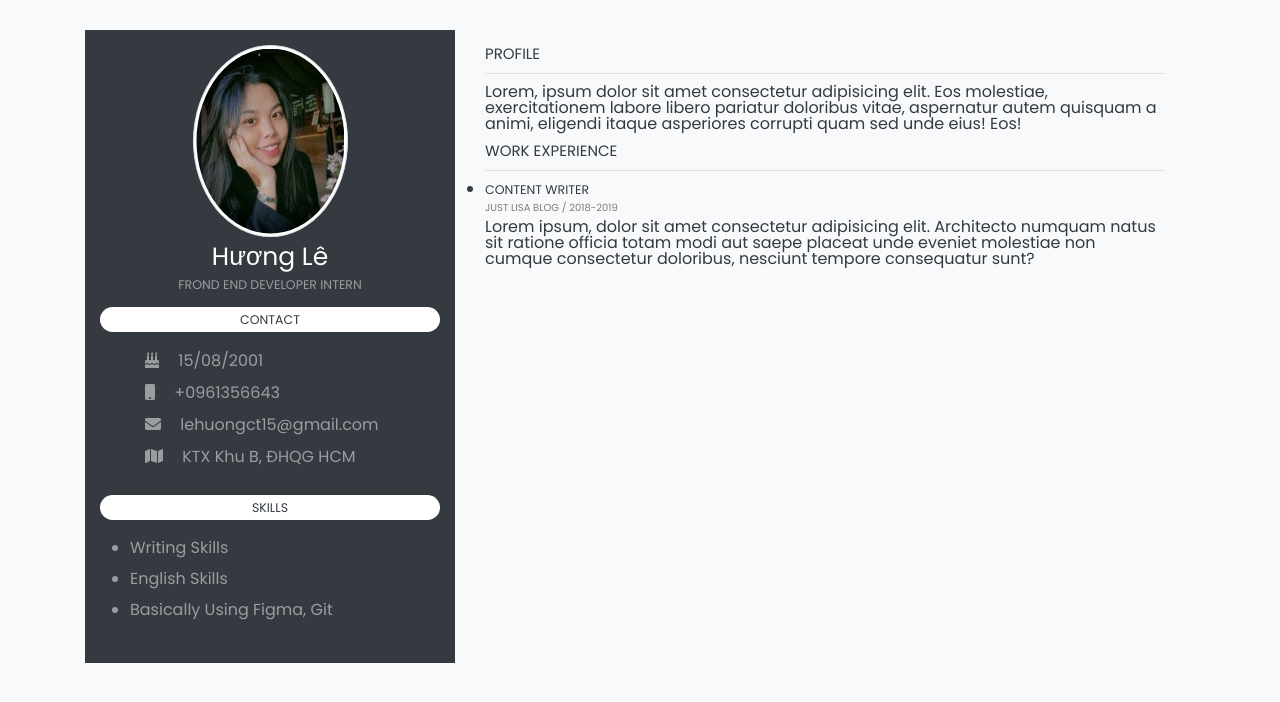
Repository: huongle158/cvhuongle
Page: index.html
An editor plug-in stored every save of this project. The page is shown before and after the next save, followed by the edit.
The browser window is 1280 px wide. The pictures show the whole page.
Some web libraries are served in a nearby version.

Above is the page before, as saved 2021-12-12 23:46:09.

### index.html
<!DOCTYPE html>
<html lang="en">
  <head>
    <title>Resume</title>
    <link
      href="https://fonts.googleapis.com/css2?family=Poppins:wght@400;600&display=swap"
      rel="stylesheet"
    />
    <link rel="stylesheet" href="https://cdnjs.cloudflare.com/ajax/libs/font-awesome/5.10.0/css/all.min.css" integrity="sha512-PgQMlq+nqFLV4ylk1gwUOgm6CtIIXkKwaIHp/PAIWHzig/lKZSEGKEysh0TCVbHJXCLN7WetD8TFecIky75ZfQ==" crossorigin="anonymous" referrerpolicy="no-referrer" />
    <!-- Required meta tags -->
    <meta charset="utf-8" />
    <meta
      name="viewport"
      content="width=device-width, initial-scale=1, shrink-to-fit=no"
    />

    <!-- Bootstrap CSS -->
    <link
      rel="stylesheet"
      href="https://stackpath.bootstrapcdn.com/bootstrap/4.3.1/css/bootstrap.min.css"
      integrity="sha384-ggOyR0iXCbMQv3Xipma34MD+dH/1fQ784/j6cY/iJTQUOhcWr7x9JvoRxT2MZw1T"
      crossorigin="anonymous"
    />
    <link rel="stylesheet" href="./assets/css/style.css" />
  </head>
  <body class="bg-light">
    <div class="container p-5">
      <div class="row">

        <div class="col-lg-4 bg-dark text-white text-center py-4">
          <div class="header-left">
            <img
              src="./assets/img/188108614_380364193279457_3096500343222530064_n (1).jpg"
              alt=""
              class="img-thumbnail rounded-circle mb-2"
            />
            <h1 class="display-5">Hương Lê</h1>
            <h4 class="lead text-uppercase text-white-50 mb-4">
              Frond End Developer Intern
            </h4>
          </div>

          <div>
              <h5 class="text-uppercase bg-white text-dark py-2 rounded-pill mb-4" >contact</h5>
              <ul class="list-unstyled text-white-50 ml-5 py-2 text-left">
                  <li class="list-item mb-4">
                      <i class="fas fa-birthday-cake mx-4"></i>
                     15/08/2001
                  </li>
                  <li class="list-item mb-4">
                      <i class="fa fa-mobile mx-4"></i>
                      +0961356643
                  </li>
                  <li class="list-item mb-4">
                      <i class="fa fa-envelope mx-4"></i>
                      lehuongct15@gmail.com
                  </li>
                  <li class="list-item mb-4">
                      <i class="fa fa-map mx-4"></i>
                      KTX Khu B, ĐHQG HCM
                  </li>
              </ul>
          </div>
          <div>
              <h5 class="text-uppercase bg-white text-dark py-2 rounded-pill mb-4" >skills</h5>
              <ul class="list text-white-50 ml-5 py-2 text-left text-capitalize">
                <li class="list-item mb-4">Writing skills</li>
                <li class="list-item mb-4">English skills</li>
                <li class="list-item mb-4">Basically using Figma, Git</li>
              </ul>
          </div>


        </div>

        <div class="col-lg-8 bg-light text-dark py-4 px-5">
            <div class="header-right">
                <h4 class="text-uppercase">profile</h4>
                <hr>
                <p>Lorem, ipsum dolor sit amet consectetur adipisicing elit. Eos molestiae, exercitationem labore libero pariatur doloribus vitae, aspernatur autem quisquam a animi, eligendi itaque asperiores corrupti quam sed unde eius! Eos!</p>

            </div>
            <div>
                <h4 class="text-uppercase">Work Experience</h4>
                <hr>
                <ul class="list">
                <li class="list-item mb-4">
                    <h5 class="display-6 text-uppercase">Content Writer</h5>
                    <h6 class="text-uppercase text-black-50">Just Lisa blog  / 2018-2019</h6>
                    <p>Lorem ipsum, dolor sit amet consectetur adipisicing elit. Architecto numquam natus sit ratione officia totam modi aut saepe placeat unde eveniet molestiae non cumque consectetur doloribus, nesciunt tempore consequatur sunt?</p>
                </li>

              </ul>

            </div>
        </div>
      </div>
    </div>

    <!-- Optional JavaScript -->
    <!-- jQuery first, then Popper.js, then Bootstrap JS -->
    <script
      src="https://code.jquery.com/jquery-3.3.1.slim.min.js"
      integrity="sha384-q8i/X+965DzO0rT7abK41JStQIAqVgRVzpbzo5smXKp4YfRvH+8abtTE1Pi6jizo"
      crossorigin="anonymous"
    ></script>
    <script
      src="https://cdnjs.cloudflare.com/ajax/libs/popper.js/1.14.7/umd/popper.min.js"
      integrity="sha384-UO2eT0CpHqdSJQ6hJty5KVphtPhzWj9WO1clHTMGa3JDZwrnQq4sF86dIHNDz0W1"
      crossorigin="anonymous"
    ></script>
    <script
      src="https://stackpath.bootstrapcdn.com/bootstrap/4.3.1/js/bootstrap.min.js"
      integrity="sha384-JjSmVgyd0p3pXB1rRibZUAYoIIy6OrQ6VrjIEaFf/nJGzIxFDsf4x0xIM+B07jRM"
      crossorigin="anonymous"
    ></script>
  </body>
</html>

### assets/css/style.css
html {
  box-sizing: border-box;
  font-family: 'Roboto', sans-serif;
}
* {
  margin: 0;
  padding: 0;
}
*,
*:before,
*:after {
  box-sizing: border-box;
}
input,
textarea,
select,
button {
  outline: none;
}
input {
  line-height: normal;
}
label,
button {
  cursor: pointer;
}
a {
  text-decoration: none;
}
img {
  display: block;
  max-width: 100%;
}
*,
*:before,
*:after {
  box-sizing: border-box;
}
/* using rem unit */
html {
  font-size: 62.5%;
}
a {
  text-decoration: none;
}
img {
  display: block;
  max-width: 100%;
}
body {
  font-family: "Poppins", sans-serif;
  font-size: 16px;
  line-height: 1;
}
/*  */
img.rounded-circle{
margin: 0 auto;
}

After the next save:
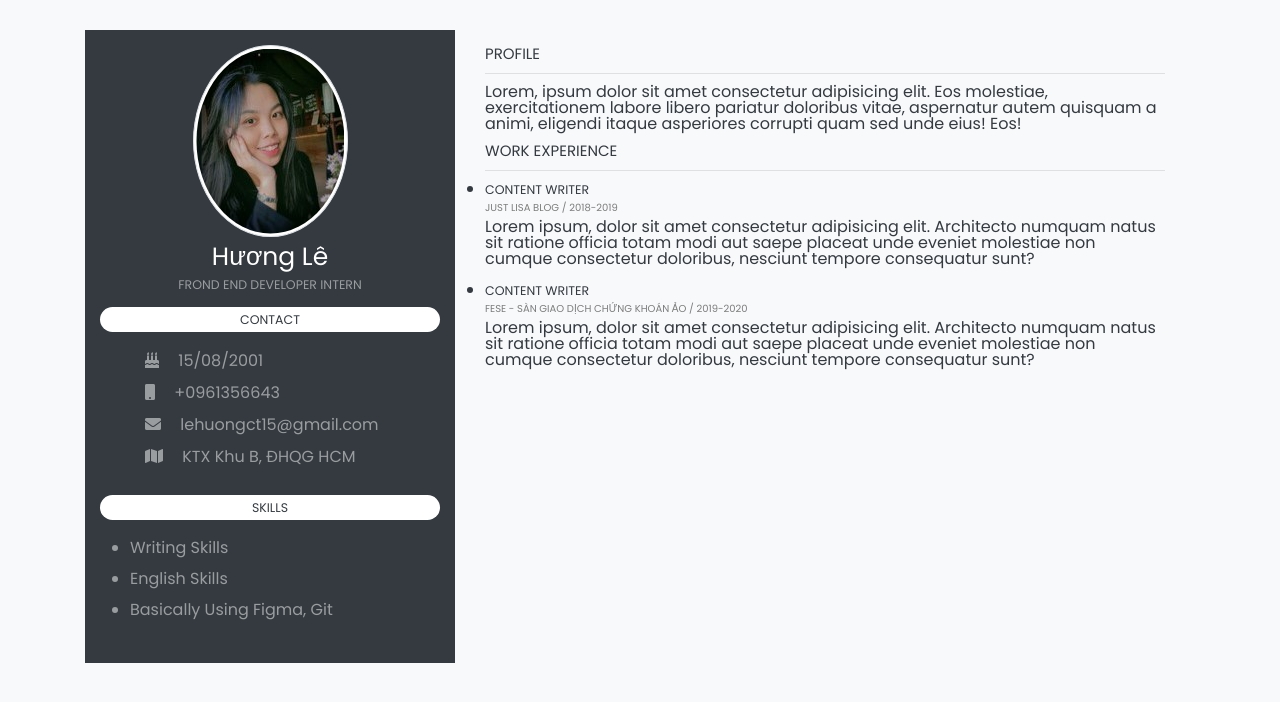
Saved 61 s later.
--- a/index.html
+++ b/index.html
@@ -89,6 +89,11 @@
                     <h6 class="text-uppercase text-black-50">Just Lisa blog  / 2018-2019</h6>
                     <p>Lorem ipsum, dolor sit amet consectetur adipisicing elit. Architecto numquam natus sit ratione officia totam modi aut saepe placeat unde eveniet molestiae non cumque consectetur doloribus, nesciunt tempore consequatur sunt?</p>
                 </li>
+                 <li class="list-item mb-4">
+                    <h5 class="display-6 text-uppercase">Content Writer</h5>
+                    <h6 class="text-uppercase text-black-50">FESE - Sàn Giao dịch Chứng khoán ảo  / 2019-2020</h6>
+                    <p>Lorem ipsum, dolor sit amet consectetur adipisicing elit. Architecto numquam natus sit ratione officia totam modi aut saepe placeat unde eveniet molestiae non cumque consectetur doloribus, nesciunt tempore consequatur sunt?</p>
+                </li>
 
               </ul>
 
